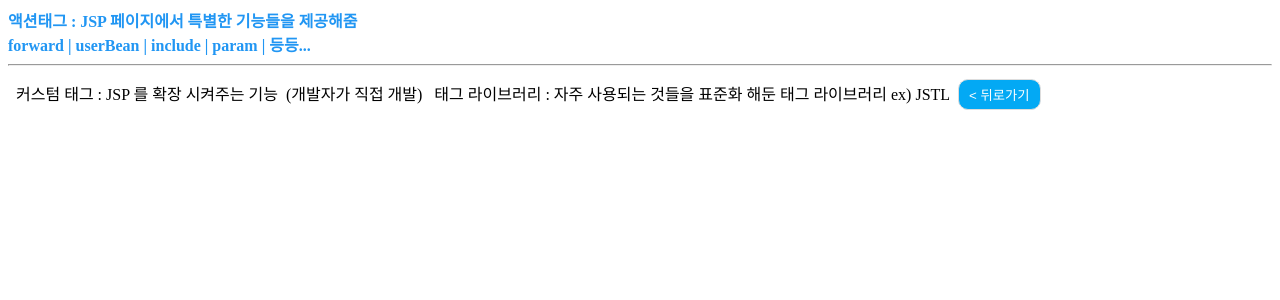
Repository: hyejux/JSP_STUDY
Page: http://localhost/JSPPractice2/JSP_ex5.jsp
An editor plug-in stored every save of this project. The page is shown before and after the next save, followed by the edit.
The browser window is 1280 px wide. The pictures show the whole page.
The page is served by Tomcat 9. Other server files are loaded and not shown.

Above is the page before, as saved 2025-01-07 16:47:22.

### JSPPractice2/src/main/webapp/JSP_ex5.jsp
<%@ page language="java" contentType="text/html; charset=UTF-8"
    pageEncoding="UTF-8"%>
<!DOCTYPE html>
<html>
<head>
<meta charset="UTF-8">
<title> 액션 태그 소개 </title>
<link rel="stylesheet" type="text/css" href="css/style.css"> </link>
</head>
<body>

	<div class="info">
		<div> 액션태그 : JSP 페이지에서 특별한 기능들을 제공해줌  </div>
		<div> forward | userBean | include | param | 등등... </div>
	</div>

	<div class="point">  </div>
	<%-- <jsp:forward page="index.jsp"/> --%>

	<hr>



커스텀 태그 : JSP 를 확장 시켜주는 기능  (개발자가 직접 개발)

태그 라이브러리 : 자주 사용되는 것들을 표준화 해둔 태그 라이브러리 ex) JSTL

<button type="button" class="btn1"  onclick = "location.href='index.jsp'"> < 뒤로가기 </button>
</body>
</html>

### JSPPractice2/src/main/webapp/css/style.css
.info{
	color : #2196f3;
	font-weight: bold;
}

.btn1 {
	border: 1px solid #ddd;
    color: #ffffff;
    border-radius: 10px;
    padding: 5px 10px;
    background: #03A9F4;
    margin-top: 5px;
}

.point {
	color : red;
}

After the next save:
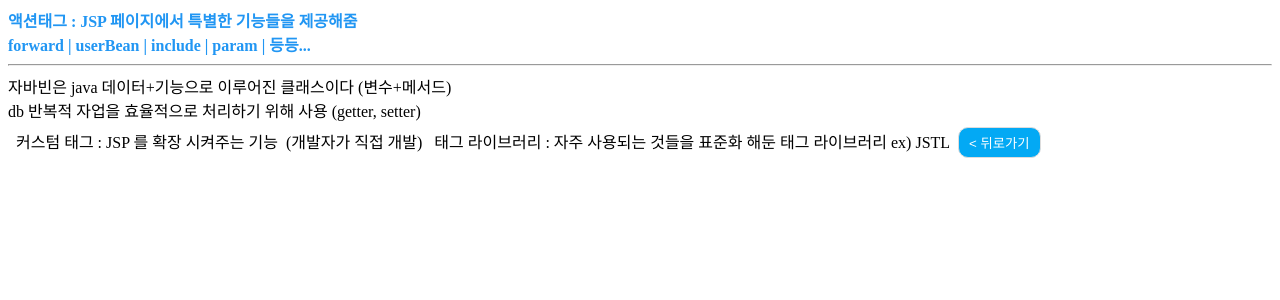
Saved 59 s later.
--- a/JSPPractice2/src/main/webapp/JSP_ex5.jsp
+++ b/JSPPractice2/src/main/webapp/JSP_ex5.jsp
@@ -18,6 +18,10 @@
 	<%-- <jsp:forward page="index.jsp"/> --%>
 
 	<hr>
+	<div>
+		<div> 자바빈은 java 데이터+기능으로 이루어진 클래스이다 (변수+메서드) </div>
+		<div> db 반복적 자업을 효율적으로 처리하기 위해 사용 (getter, setter) </div>
+	</div>
 
 
 
